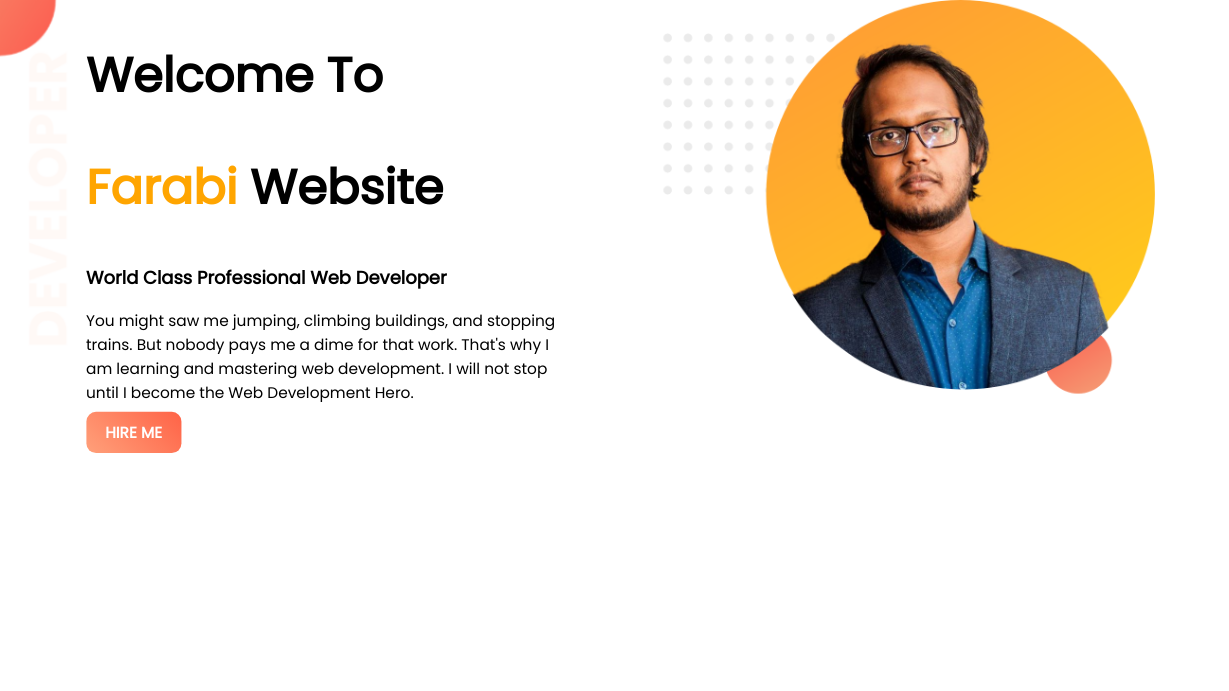
Repository: mohsinfarabi/web-portfolio
Page: index.html
These files come from the project's save history. The page is drawn as it stood at one moment and after the next save; the edit follows.
The browser window is 1280 px wide. The pictures show the whole page, at 96% of full size.

Above is the page before, as saved 2020-06-30 23:08:28.

After the next save:
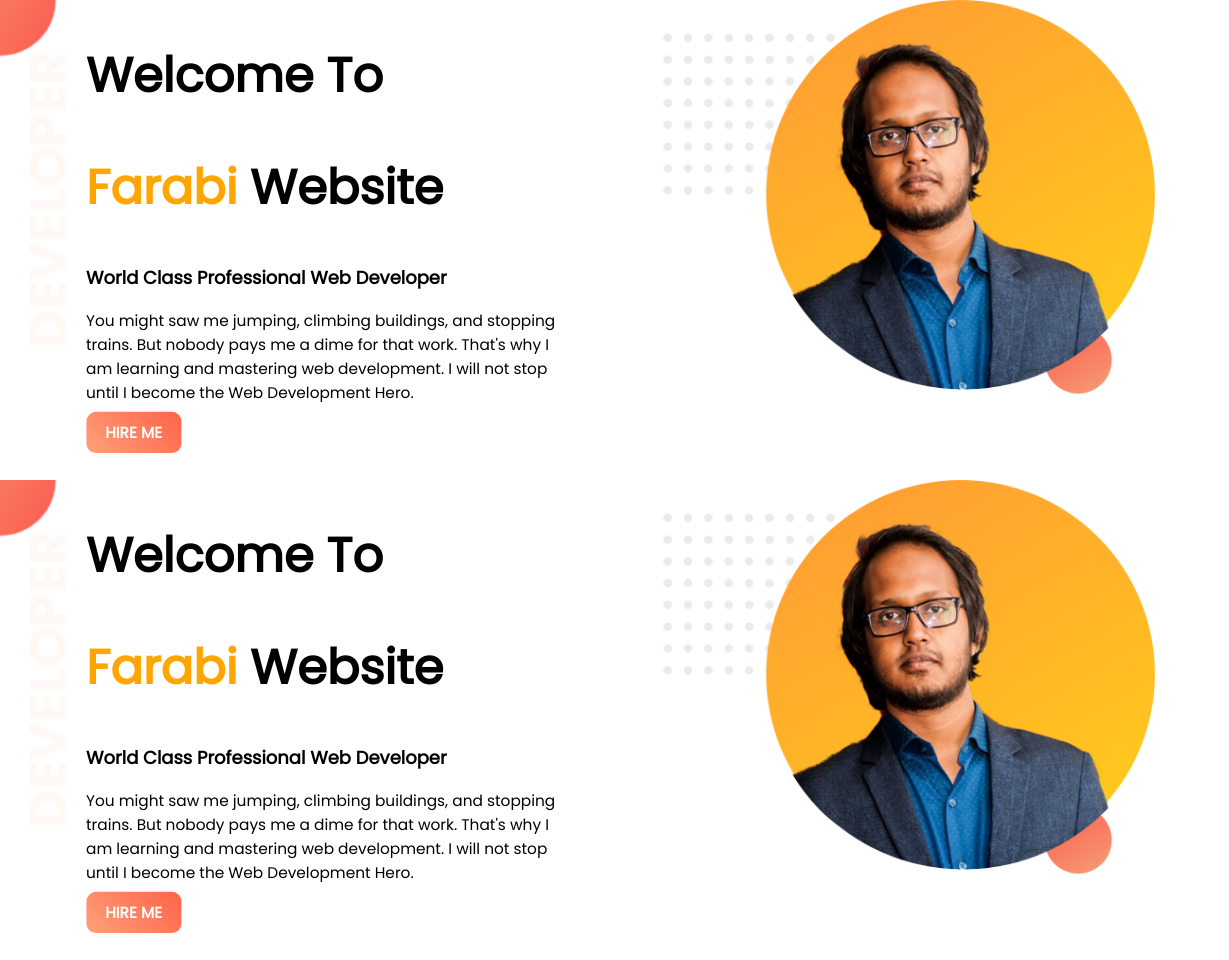
Saved 3 s later.
--- a/index.html
+++ b/index.html
@@ -22,6 +22,18 @@
             <img src="images/profile1.png" alt="">
         </div>
     </section>
+    <section class="dream-banner">
+        <div class="half-width">
+            <h1>Welcome To</h1>
+            <h1><span class="name-highlight">Farabi</span> Website</h1>
+            <h3>World Class Professional Web Developer</h3>
+            <p>You might saw me jumping, climbing buildings, and stopping trains. But nobody pays me a dime for that work. That's why I am learning and mastering web development. I will not stop until I become the Web Development Hero.</p>
+            <a class="link-button" target="_blank" href="https://www.linkedin.com/in/mohsin-farabi-68655040/">HIRE ME</a>
+        </div>
+        <div class="half-width">
+            <img src="images/profile1.png" alt="">
+        </div>
+    </section>
 </body>
 
 </html>
